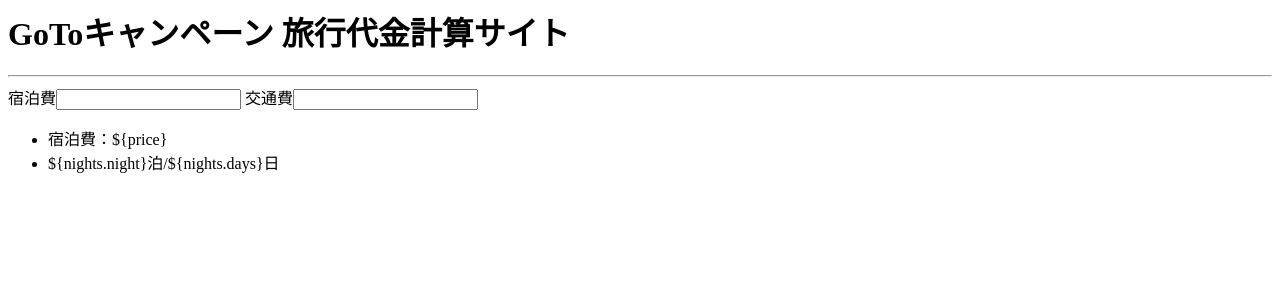
Repository: Ischca/ischca.github.io
Page: src/my-app.html
An editor plug-in stored every save of this project. The page is shown before and after the next save, followed by the edit.
The browser window is 1280 px wide. The pictures show the whole page.

Above is the page before, as saved 2020-10-02 14:38:14.

### src/my-app.html
<import from="./nights"></import>

<div class="container">

    <div class="row">
        <h1 class="text-center">GoToキャンペーン 旅行代金計算サイト</h1>
    </div>

    <hr />

    <nights class="row justify-content-center" view-model.ref="nights"></nights>

    宿泊費<input type="number" value.bind="price"/>

    交通費<input type="number" />

    <div id="result">
        <ul>
            <li>
                宿泊費：${price}
            </li>
            <li>
                ${nights.night}泊/${nights.days}日
            </li>
        </ul>
    </div>
</div>

After the next save:
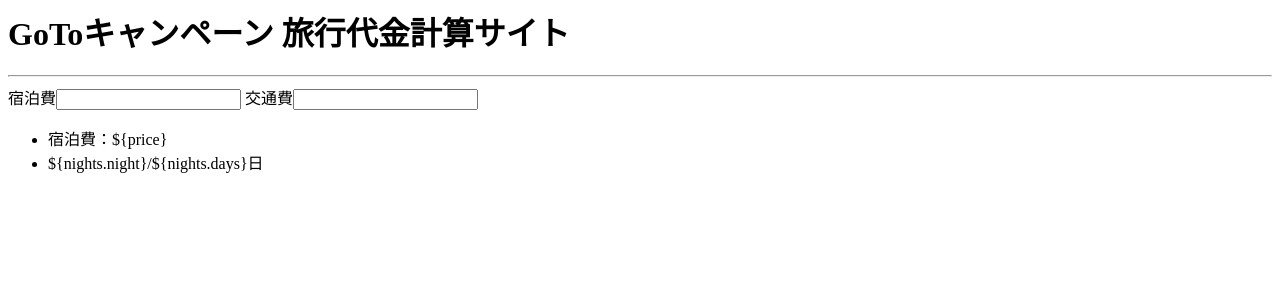
Saved 2 min 28 s later.
--- a/src/my-app.html
+++ b/src/my-app.html
@@ -20,7 +20,7 @@
                 宿泊費：${price}
             </li>
             <li>
-                ${nights.night}泊/${nights.days}日
+                ${nights.night}/${nights.days}日
             </li>
         </ul>
     </div>
